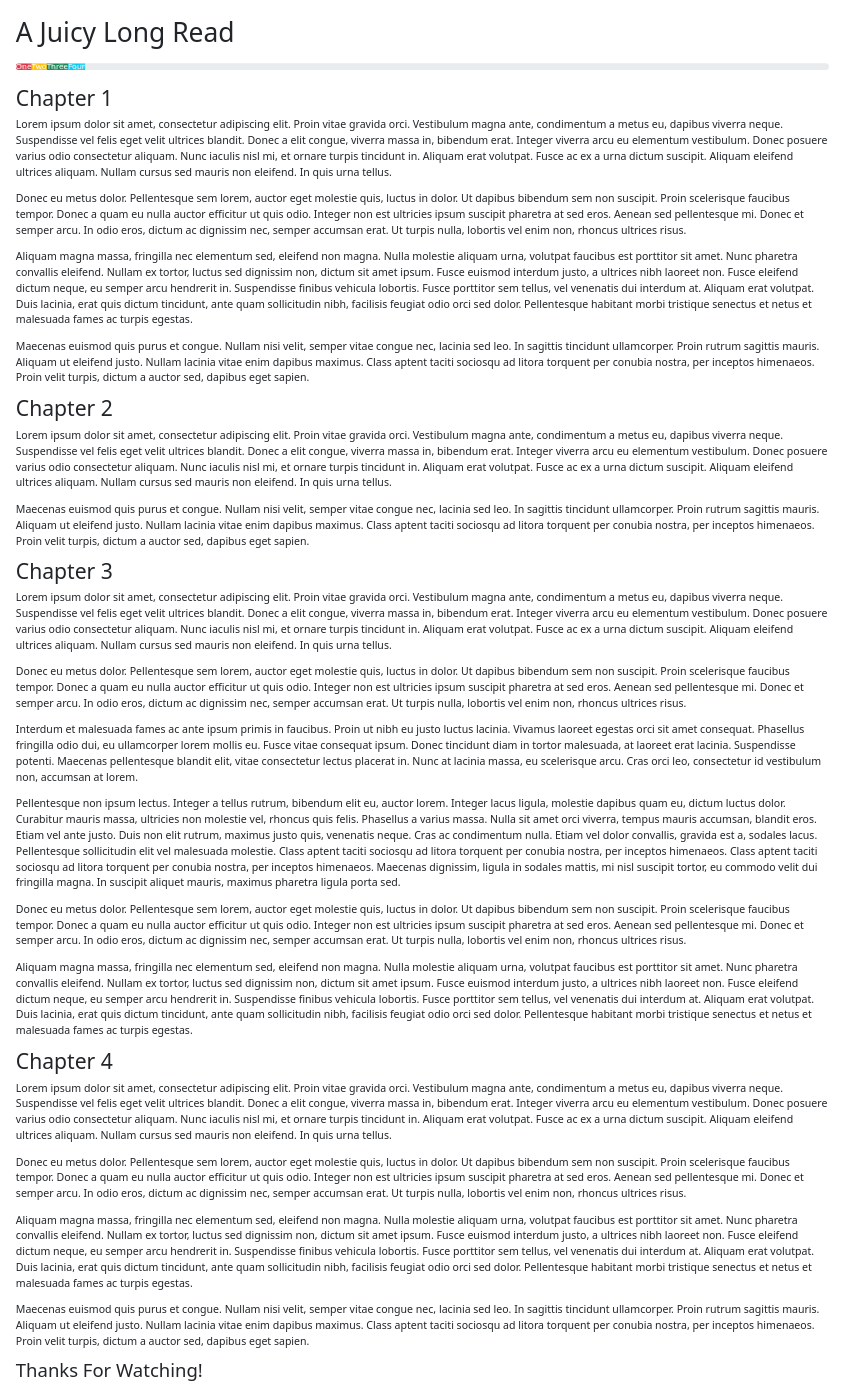
Repository: sarahlochhead/check-santas-list
Page: index.html
An editor plug-in stored every save of this project. The page is shown before and after a run of saves, followed by the edit.
The browser window is 1280 px wide. The pictures show the whole page, at 66% of full size.

Above is the page before, as saved 2022-11-23 14:37:11.

### index.html
<!DOCTYPE html>
<html lang="en">
<head>
    <meta charset="utf-8">
    <meta name="viewport" content="width=device-width, initial-scale=1, shrink-to-fit=no">
    <title>Progress Bar | Bootstrap</title>
    <!-- STEP 1: Link to Bootstrap CSS -->
    <link href="https://cdn.jsdelivr.net/npm/bootstrap@5.2.3/dist/css/bootstrap.min.css"  rel="stylesheet" integrity="sha384-rbsA2VBKQhggwzxH7pPCaAqO46MgnOM80zW1RWuH61DGLwZJEdK2Kadq2F9CUG65" crossorigin="anonymous">
</head>
<body class="m-4">
    <!-- STEP 3: Review the HTML for the page -->
    <main>
        <h1>A Juicy Long Read</h1>
        <!-- STEP 4: Create a div and add .progress and some top and bottom margin -->
        <div class="progress mt-4 mb-4 sticky-top" style="height: 10px;">
            <!-- STEP 5: Create another div .progress-bar. Add the appropriate roles and aria attributes (b/c this is not the HTML5 semantic element <progress>)-->
            <div class="progress-bar bg-danger progress-bar-striped progress-bar-animated" role="progressbar" aria-label="Long Read Progress Bar" style="width:25" aria-valuenow="25" aria-valuemin="0" aria-valuemax="100">One</div>
            <!-- STEP 6: Change the value of width property to 50% percentage and see what happens Note: The aria-valuenow should also be changed -->
            <!-- STEP 7: Add a label to the progress-bar adding text in the div -->
            <!-- STEP 8: Add a bootstrap background color to the progress-bar (bg-success bg-info bg-warning) -->
            <!-- STEP 9: Try adding a bootstrap class of .progress-bar-striped and .progress-bar-animated to the .progress-bar -->
            <!-- STEP 10: Create three more inner divs .progress bar and change the color and width. (copy/paste) -->
            <div class="progress-bar bg-warning progress-bar-striped progress-bar-animated" role="progressbar" aria-label="Long Read Progress Bar" style="width:15" aria-valuenow="15" aria-valuemin="0" aria-valuemax="100">Two</div>
            <div class="progress-bar bg-success progress-bar-striped progress-bar-animated" role="progressbar" aria-label="Long Read Progress Bar" style="width:35" aria-valuenow="35" aria-valuemin="0" aria-valuemax="100">Three</div>
            <div class="progress-bar bg-info progress-bar-striped progress-bar-animated" role="progressbar" aria-label="Long Read Progress Bar" style="width:25" aria-valuenow="25" aria-valuemin="0" aria-valuemax="100">Four</div>
            <!-- STEP 11: Set a height on the div.progress -->
            <!-- STEP 12: give the the div.progress a position class .sticky-top -->
        </div> <!-- .progress -->
        <section id="chapter1">
            <h2>Chapter 1</h2>
            <p>
                Lorem ipsum dolor sit amet, consectetur adipiscing elit. Proin vitae gravida orci. Vestibulum magna
                ante, condimentum a metus eu, dapibus viverra neque. Suspendisse vel felis eget velit ultrices blandit.
                Donec a elit congue, viverra massa in, bibendum erat. Integer viverra arcu eu elementum vestibulum.
                Donec posuere varius odio consectetur aliquam. Nunc iaculis nisl mi, et ornare turpis tincidunt in.
                Aliquam erat volutpat. Fusce ac ex a urna dictum suscipit. Aliquam eleifend ultrices aliquam. Nullam
                cursus sed mauris non eleifend. In quis urna tellus.
            </p>
            <p>
                Donec eu metus dolor. Pellentesque sem lorem, auctor eget molestie quis, luctus in dolor. Ut dapibus
                bibendum sem non suscipit. Proin scelerisque faucibus tempor. Donec a quam eu nulla auctor efficitur ut
                quis odio. Integer non est ultricies ipsum suscipit pharetra at sed eros. Aenean sed pellentesque mi.
                Donec et semper arcu. In odio eros, dictum ac dignissim nec, semper accumsan erat. Ut turpis nulla,
                lobortis vel enim non, rhoncus ultrices risus.
            </p>
            <p>
                Aliquam magna massa, fringilla nec elementum sed, eleifend non magna. Nulla molestie aliquam urna,
                volutpat faucibus est porttitor sit amet. Nunc pharetra convallis eleifend. Nullam ex tortor, luctus sed
                dignissim non, dictum sit amet ipsum. Fusce euismod interdum justo, a ultrices nibh laoreet non. Fusce
                eleifend dictum neque, eu semper arcu hendrerit in. Suspendisse finibus vehicula lobortis. Fusce
                porttitor sem tellus, vel venenatis dui interdum at. Aliquam erat volutpat. Duis lacinia, erat quis
                dictum tincidunt, ante quam sollicitudin nibh, facilisis feugiat odio orci sed dolor. Pellentesque
                habitant morbi tristique senectus et netus et malesuada fames ac turpis egestas.
            </p>
            <p>
                Maecenas euismod quis purus et congue. Nullam nisi velit, semper vitae congue nec, lacinia sed leo. In
                sagittis tincidunt ullamcorper. Proin rutrum sagittis mauris. Aliquam ut eleifend justo. Nullam lacinia
                vitae enim dapibus maximus. Class aptent taciti sociosqu ad litora torquent per conubia nostra, per
                inceptos himenaeos. Proin velit turpis, dictum a auctor sed, dapibus eget sapien.
            </p>
        </section>
        <section id="chapter2">
            <h2>Chapter 2</h2>
            <p>
                Lorem ipsum dolor sit amet, consectetur adipiscing elit. Proin vitae gravida orci. Vestibulum magna
                ante, condimentum a metus eu, dapibus viverra neque. Suspendisse vel felis eget velit ultrices blandit.
                Donec a elit congue, viverra massa in, bibendum erat. Integer viverra arcu eu elementum vestibulum.
                Donec posuere varius odio consectetur aliquam. Nunc iaculis nisl mi, et ornare turpis tincidunt in.
                Aliquam erat volutpat. Fusce ac ex a urna dictum suscipit. Aliquam eleifend ultrices aliquam. Nullam
                cursus sed mauris non eleifend. In quis urna tellus.
            </p>
            <p>
                Maecenas euismod quis purus et congue. Nullam nisi velit, semper vitae congue nec, lacinia sed leo. In
                sagittis tincidunt ullamcorper. Proin rutrum sagittis mauris. Aliquam ut eleifend justo. Nullam lacinia
                vitae enim dapibus maximus. Class aptent taciti sociosqu ad litora torquent per conubia nostra, per
                inceptos himenaeos. Proin velit turpis, dictum a auctor sed, dapibus eget sapien.
            </p>
        </section>
        <section id="chapter3">
            <h2>Chapter 3</h2>
            <p>
                Lorem ipsum dolor sit amet, consectetur adipiscing elit. Proin vitae gravida orci. Vestibulum magna
                ante, condimentum a metus eu, dapibus viverra neque. Suspendisse vel felis eget velit ultrices blandit.
                Donec a elit congue, viverra massa in, bibendum erat. Integer viverra arcu eu elementum vestibulum.
                Donec posuere varius odio consectetur aliquam. Nunc iaculis nisl mi, et ornare turpis tincidunt in.
                Aliquam erat volutpat. Fusce ac ex a urna dictum suscipit. Aliquam eleifend ultrices aliquam. Nullam
                cursus sed mauris non eleifend. In quis urna tellus.
            </p>
            <p>
                Donec eu metus dolor. Pellentesque sem lorem, auctor eget molestie quis, luctus in dolor. Ut dapibus
                bibendum sem non suscipit. Proin scelerisque faucibus tempor. Donec a quam eu nulla auctor efficitur ut
                quis odio. Integer non est ultricies ipsum suscipit pharetra at sed eros. Aenean sed pellentesque mi.
                Donec et semper arcu. In odio eros, dictum ac dignissim nec, semper accumsan erat. Ut turpis nulla,
                lobortis vel enim non, rhoncus ultrices risus.
            </p>
            <p>
                Interdum et malesuada fames ac ante ipsum primis in faucibus. Proin ut nibh eu justo luctus lacinia. Vivamus laoreet egestas orci sit amet consequat. Phasellus fringilla odio dui, eu ullamcorper lorem mollis eu. Fusce vitae consequat ipsum. Donec tincidunt diam in tortor malesuada, at laoreet erat lacinia. Suspendisse potenti. Maecenas pellentesque blandit elit, vitae consectetur lectus placerat in. Nunc at lacinia massa, eu scelerisque arcu. Cras orci leo, consectetur id vestibulum non, accumsan at lorem.
            </p>
            <p>
                Pellentesque non ipsum lectus. Integer a tellus rutrum, bibendum elit eu, auctor lorem. Integer lacus ligula, molestie dapibus quam eu, dictum luctus dolor. Curabitur mauris massa, ultricies non molestie vel, rhoncus quis felis. Phasellus a varius massa. Nulla sit amet orci viverra, tempus mauris accumsan, blandit eros. Etiam vel ante justo. Duis non elit rutrum, maximus justo quis, venenatis neque. Cras ac condimentum nulla. Etiam vel dolor convallis, gravida est a, sodales lacus. Pellentesque sollicitudin elit vel malesuada molestie. Class aptent taciti sociosqu ad litora torquent per conubia nostra, per inceptos himenaeos. Class aptent taciti sociosqu ad litora torquent per conubia nostra, per inceptos himenaeos. Maecenas dignissim, ligula in sodales mattis, mi nisl suscipit tortor, eu commodo velit dui fringilla magna. In suscipit aliquet mauris, maximus pharetra ligula porta sed.
            </p>
            <p>
                Donec eu metus dolor. Pellentesque sem lorem, auctor eget molestie quis, luctus in dolor. Ut dapibus
                bibendum sem non suscipit. Proin scelerisque faucibus tempor. Donec a quam eu nulla auctor efficitur ut
                quis odio. Integer non est ultricies ipsum suscipit pharetra at sed eros. Aenean sed pellentesque mi.
                Donec et semper arcu. In odio eros, dictum ac dignissim nec, semper accumsan erat. Ut turpis nulla,
                lobortis vel enim non, rhoncus ultrices risus.
            </p>
            <p>
                Aliquam magna massa, fringilla nec elementum sed, eleifend non magna. Nulla molestie aliquam urna,
                volutpat faucibus est porttitor sit amet. Nunc pharetra convallis eleifend. Nullam ex tortor, luctus sed
                dignissim non, dictum sit amet ipsum. Fusce euismod interdum justo, a ultrices nibh laoreet non. Fusce
                eleifend dictum neque, eu semper arcu hendrerit in. Suspendisse finibus vehicula lobortis. Fusce
                porttitor sem tellus, vel venenatis dui interdum at. Aliquam erat volutpat. Duis lacinia, erat quis
                dictum tincidunt, ante quam sollicitudin nibh, facilisis feugiat odio orci sed dolor. Pellentesque
                habitant morbi tristique senectus et netus et malesuada fames ac turpis egestas.
            </p>
        </section>
        <section id="chapter4">
            <h2>Chapter 4</h2>
            <p>
                Lorem ipsum dolor sit amet, consectetur adipiscing elit. Proin vitae gravida orci. Vestibulum magna
                ante, condimentum a metus eu, dapibus viverra neque. Suspendisse vel felis eget velit ultrices blandit.
                Donec a elit congue, viverra massa in, bibendum erat. Integer viverra arcu eu elementum vestibulum.
                Donec posuere varius odio consectetur aliquam. Nunc iaculis nisl mi, et ornare turpis tincidunt in.
                Aliquam erat volutpat. Fusce ac ex a urna dictum suscipit. Aliquam eleifend ultrices aliquam. Nullam
                cursus sed mauris non eleifend. In quis urna tellus.
            </p>
            <p>
                Donec eu metus dolor. Pellentesque sem lorem, auctor eget molestie quis, luctus in dolor. Ut dapibus
                bibendum sem non suscipit. Proin scelerisque faucibus tempor. Donec a quam eu nulla auctor efficitur ut
                quis odio. Integer non est ultricies ipsum suscipit pharetra at sed eros. Aenean sed pellentesque mi.
                Donec et semper arcu. In odio eros, dictum ac dignissim nec, semper accumsan erat. Ut turpis nulla,
                lobortis vel enim non, rhoncus ultrices risus.
            </p>
            <p>
                Aliquam magna massa, fringilla nec elementum sed, eleifend non magna. Nulla molestie aliquam urna,
                volutpat faucibus est porttitor sit amet. Nunc pharetra convallis eleifend. Nullam ex tortor, luctus sed
                dignissim non, dictum sit amet ipsum. Fusce euismod interdum justo, a ultrices nibh laoreet non. Fusce
                eleifend dictum neque, eu semper arcu hendrerit in. Suspendisse finibus vehicula lobortis. Fusce
                porttitor sem tellus, vel venenatis dui interdum at. Aliquam erat volutpat. Duis lacinia, erat quis
                dictum tincidunt, ante quam sollicitudin nibh, facilisis feugiat odio orci sed dolor. Pellentesque
                habitant morbi tristique senectus et netus et malesuada fames ac turpis egestas.
            </p>
            <p>
                Maecenas euismod quis purus et congue. Nullam nisi velit, semper vitae congue nec, lacinia sed leo. In
                sagittis tincidunt ullamcorper. Proin rutrum sagittis mauris. Aliquam ut eleifend justo. Nullam lacinia
                vitae enim dapibus maximus. Class aptent taciti sociosqu ad litora torquent per conubia nostra, per
                inceptos himenaeos. Proin velit turpis, dictum a auctor sed, dapibus eget sapien.
            </p>
        </section>
        <footer id="end">
            <h3>Thanks For Watching!</h3>
        </footer>
    </main>
    <!-- STEP 2: Link to Bootstrap JS -->
    <script src="https://cdn.jsdelivr.net/npm/bootstrap@5.2.3/dist/js/bootstrap.bundle.min.js"></script>
</body>
</html>

After the next 4 saves:
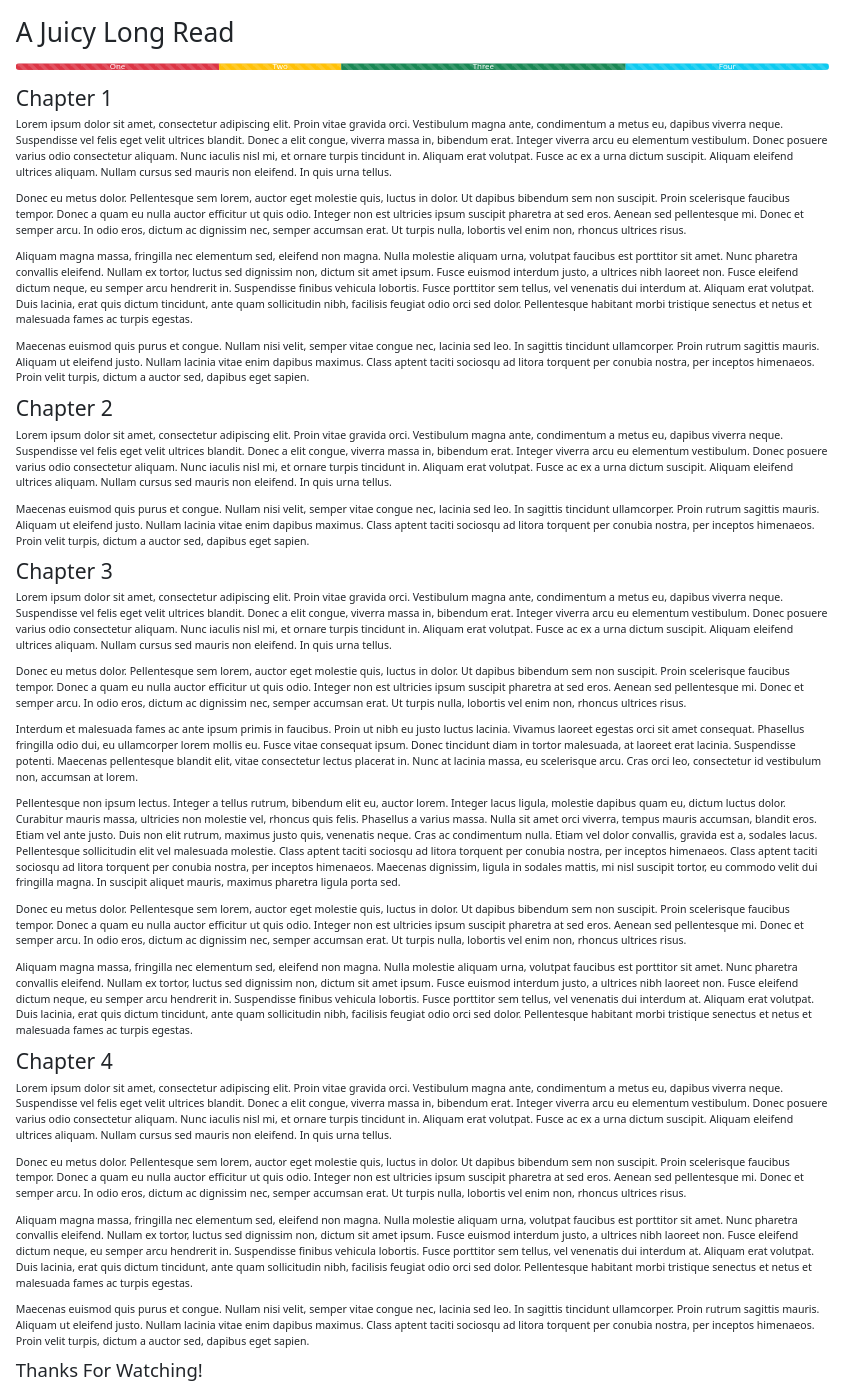
The 4 saves are shown as one change because they came seconds apart.
The last was saved 21 s later.
--- a/index.html
+++ b/index.html
@@ -14,15 +14,15 @@
         <!-- STEP 4: Create a div and add .progress and some top and bottom margin -->
         <div class="progress mt-4 mb-4 sticky-top" style="height: 10px;">
             <!-- STEP 5: Create another div .progress-bar. Add the appropriate roles and aria attributes (b/c this is not the HTML5 semantic element <progress>)-->
-            <div class="progress-bar bg-danger progress-bar-striped progress-bar-animated" role="progressbar" aria-label="Long Read Progress Bar" style="width:25" aria-valuenow="25" aria-valuemin="0" aria-valuemax="100">One</div>
+            <div class="progress-bar bg-danger progress-bar-striped progress-bar-animated" role="progressbar" aria-label="Long Read Progress Bar" style="width:25%" aria-valuenow="25" aria-valuemin="0" aria-valuemax="100">One</div>
             <!-- STEP 6: Change the value of width property to 50% percentage and see what happens Note: The aria-valuenow should also be changed -->
             <!-- STEP 7: Add a label to the progress-bar adding text in the div -->
             <!-- STEP 8: Add a bootstrap background color to the progress-bar (bg-success bg-info bg-warning) -->
             <!-- STEP 9: Try adding a bootstrap class of .progress-bar-striped and .progress-bar-animated to the .progress-bar -->
             <!-- STEP 10: Create three more inner divs .progress bar and change the color and width. (copy/paste) -->
-            <div class="progress-bar bg-warning progress-bar-striped progress-bar-animated" role="progressbar" aria-label="Long Read Progress Bar" style="width:15" aria-valuenow="15" aria-valuemin="0" aria-valuemax="100">Two</div>
-            <div class="progress-bar bg-success progress-bar-striped progress-bar-animated" role="progressbar" aria-label="Long Read Progress Bar" style="width:35" aria-valuenow="35" aria-valuemin="0" aria-valuemax="100">Three</div>
-            <div class="progress-bar bg-info progress-bar-striped progress-bar-animated" role="progressbar" aria-label="Long Read Progress Bar" style="width:25" aria-valuenow="25" aria-valuemin="0" aria-valuemax="100">Four</div>
+            <div class="progress-bar bg-warning progress-bar-striped progress-bar-animated" role="progressbar" aria-label="Long Read Progress Bar" style="width:15%" aria-valuenow="15" aria-valuemin="0" aria-valuemax="100">Two</div>
+            <div class="progress-bar bg-success progress-bar-striped progress-bar-animated" role="progressbar" aria-label="Long Read Progress Bar" style="width:35%" aria-valuenow="35" aria-valuemin="0" aria-valuemax="100">Three</div>
+            <div class="progress-bar bg-info progress-bar-striped progress-bar-animated" role="progressbar" aria-label="Long Read Progress Bar" style="width:25%" aria-valuenow="25" aria-valuemin="0" aria-valuemax="100">Four</div>
             <!-- STEP 11: Set a height on the div.progress -->
             <!-- STEP 12: give the the div.progress a position class .sticky-top -->
         </div> <!-- .progress -->
